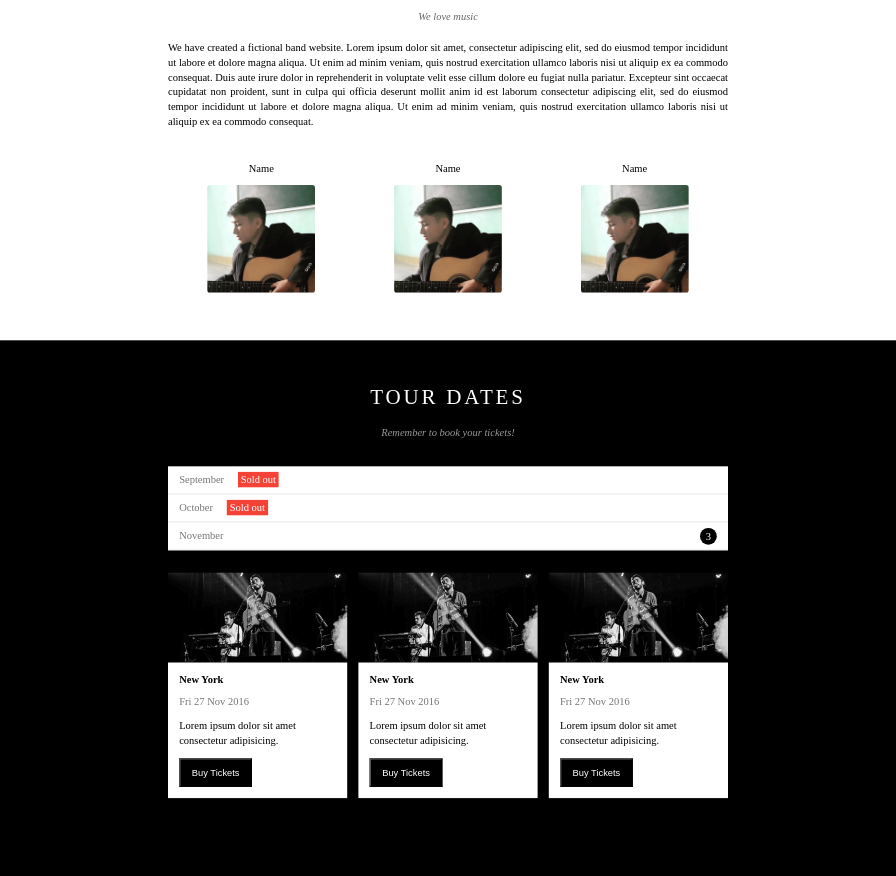
Repository: quochung2k3/Web-Team
Page: index.html
These files come from the project's save history. The page is drawn as it stood at one moment and after the next save; the edit follows.
The browser window is 1280 px wide. The pictures show the part of the page from y = 793 to 2713 px (the page is 2045 px tall before and 2713 px after), at 70% of full size.

Above is the page before, as saved 2023-08-14 21:40:59.

After the next save:
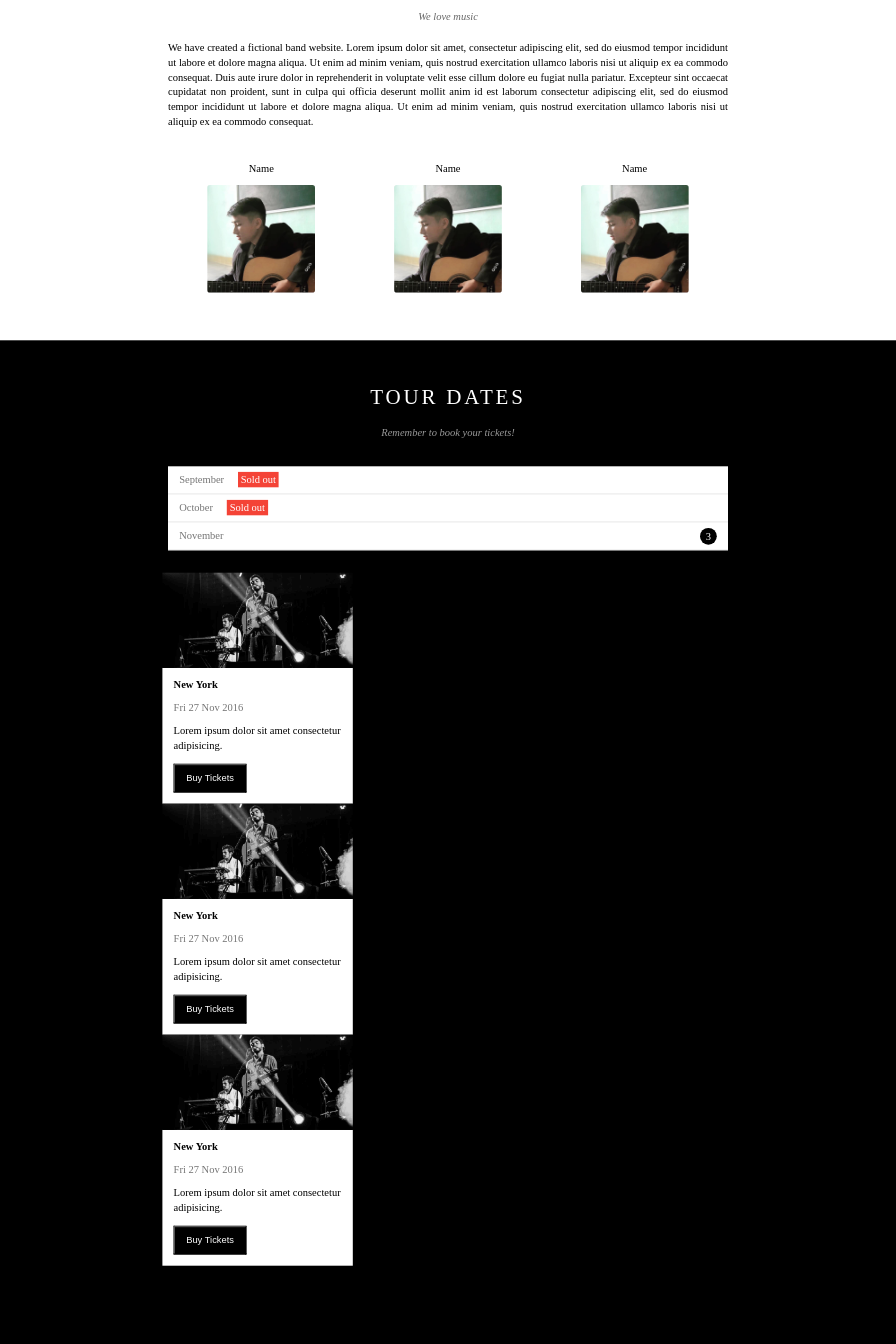
Saved 105 s later.
--- a/assets/css/style.css
+++ b/assets/css/style.css
@@ -235,9 +235,7 @@
 }
 
 .place-items {
-    float: left;
     width: 33.33333%;
-    padding: 0 8px;
 }
 
 .place-img {
